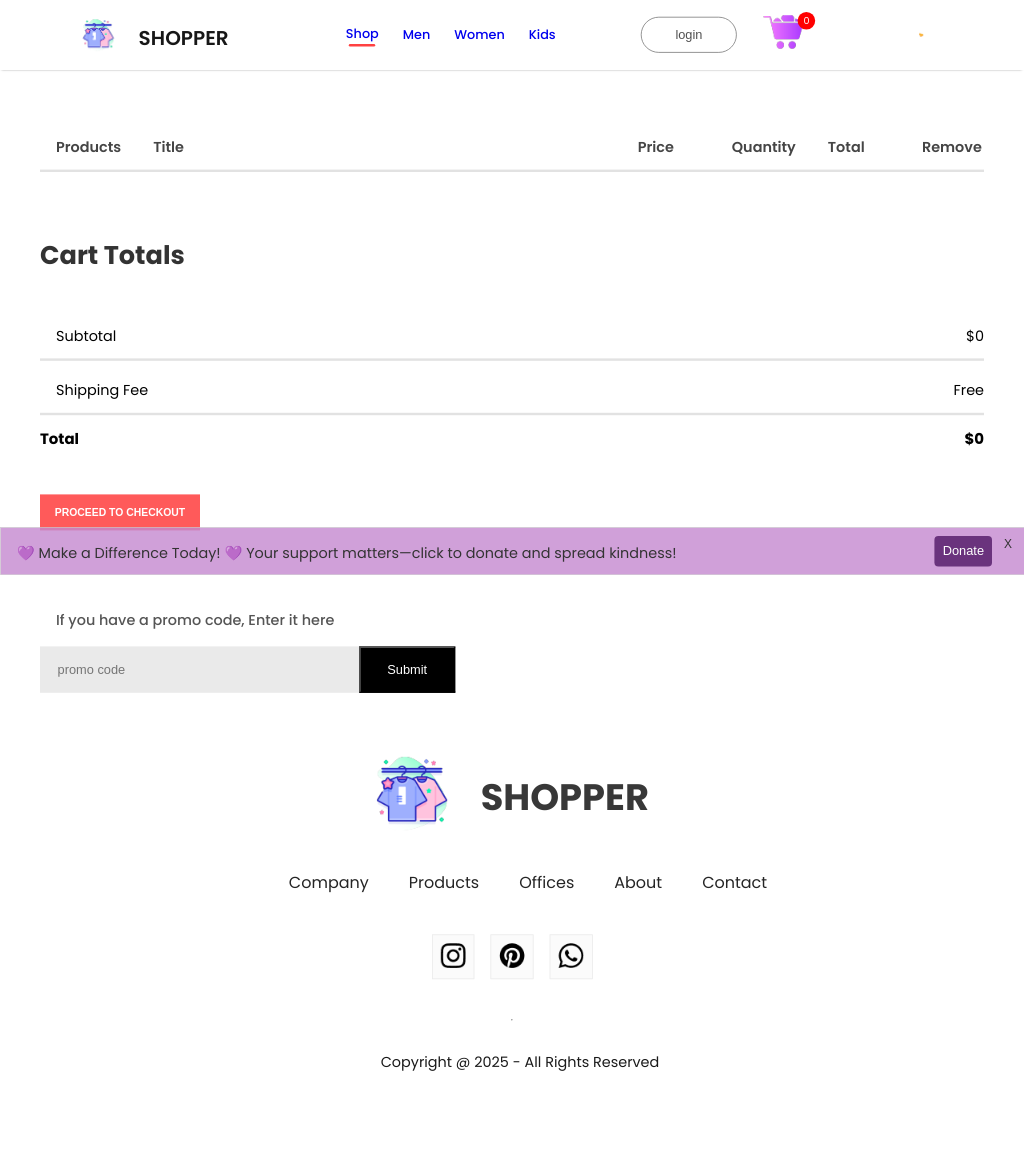
Repository: PayalJakhar/Shoppers-E-commerce-Website
Page: /cart (app in frontend/)
The author's editor kept a copy of each file at every save. The page is drawn from the files as they stood at one save, then again after the next save.
The browser window is 1280 px wide. The pictures show the whole page, at 80% of full size.
The page's requests for data from a server got no answer. The project was rebuilt for these pictures with package versions that can differ from the ones it lists, and the page was loaded fresh each time. No one was signed in, and anything a server would have sent is missing. Also part of the build but not shown: frontend/src/App.css, frontend/src/Components/Hero/Hero.css, frontend/src/Components/Hero/Hero.jsx, frontend/src/Components/Popular/Popular.css, frontend/src/Components/Item/Item.css, frontend/src/Components/Item/Item.jsx, frontend/src/Components/Popular/Popular.jsx, frontend/src/Components/Offers/Offers.css and 21 more.

Above is the page before, as saved 2025-02-07 19:24:58.

### frontend/src/index.css
*{
  margin:0;
}
body {
  margin: 0;
  font-family: -apple-system, BlinkMacSystemFont, 'Segoe UI', 'Roboto', 'Oxygen',
    'Ubuntu', 'Cantarell', 'Fira Sans', 'Droid Sans', 'Helvetica Neue',
    sans-serif;
  -webkit-font-smoothing: antialiased;
  -moz-osx-font-smoothing: grayscale;
  font-family:'poppins';
}

code {
  font-family: source-code-pro, Menlo, Monaco, Consolas, 'Courier New',
    monospace;
}

### frontend/src/Components/Navbar/Navbar.jsx
import React, { useContext, useState, useRef } from 'react';
import { Link } from 'react-router-dom';
import './Navbar.css';
import logo from '../Assets/Frontend_Assets/logo.png';
import cart_icon from '../Assets/Frontend_Assets/cart_icon.png';
import coin_icon from '../Assets/Frontend_Assets/coin_icon.png';
import { ShopContext } from '../../Context/ShopContext';
import nav_dropdown from '../Assets/Frontend_Assets/nav_dropdown.png'

export default function Navbar() {
    const [menu, setMenu] = useState('shop');
    const {getTotalCartItems} = useContext(ShopContext);
    const menuRef = useRef();

    const dropdown_toggle = (e) =>{
        menuRef.current.classList.toggle('nav-menu-visible');
        e.target.classList.toggle('open');
    }


    return (
        <div className="navbar">
            <div className="nav-logo">
                <img src={logo} alt="" />
                <p> SHOPPER</p>
            </div>
            <img  className='nav-dropdown' onClick={dropdown_toggle} src={nav_dropdown} alt=""/>
            <ul ref={menuRef} className="nav-menu">
                <li onClick={() => { setMenu('shop') }}><Link style={{textDecoration:'none'}} to='/'>Shop</Link>{menu === 'shop' ? <hr /> : <></>}</li>
                <li onClick={() => { setMenu('mens') }}><Link style={{textDecoration:'none'}} to='/mens'>Men</Link>{menu === 'mens' ? <hr /> : <></>}</li>
                <li onClick={() => { setMenu('women') }}><Link style={{textDecoration:'none'}} to='/women'>Women</Link>{menu === 'women' ? <hr /> : <></>}</li>
                <li onClick={() => { setMenu('kids') }}><Link style={{textDecoration:'none'}} to='/kids'>Kids</Link>{menu === 'kids' ? <hr /> : <></>}</li>
            </ul>
            <div className="nav-login-cart">
                {localStorage.getItem('auth-token')?<button onClick={()=>{localStorage.removeItem('auth-token');window.location.replace('/')}}>Logout</button>:<Link style={{textDecoration:'none'}} to='/login'><button>login</button></Link>}
                <Link style={{textDecoration:'none'}} to='/cart'><img src={cart_icon} alt="" /></Link>
                <div className="nav-cart-count">{getTotalCartItems()}</div>
            </div>
            <div className="nav-login-coin">
            <img src={coin_icon} alt="" />
            </div>
        </div>
    )
}

### frontend/src/Pages/Cart.jsx
import React from 'react'
import CartItems from '../Components/CartItems/CartItems'

export default function Cart() {
  return (
    <div>
      <CartItems/>
    </div>
  )
}

### frontend/src/Components/Footer/Footer.jsx
import React from 'react'
import './Footer.css'
import footer_logo from '../Assets/Frontend_Assets/logo_big.png'
import instagram_icon from '../Assets/Frontend_Assets/instagram_icon.png'
import pintester_icon from '../Assets/Frontend_Assets/pintester_icon.png'
import whatsapp_icon from '../Assets/Frontend_Assets/whatsapp_icon.png'
export default function Footer() {
  return (
    <div className='footer'>
        <div className="footer-logo">
            <img src={footer_logo} alt=""/>
            <p>SHOPPER</p>
        </div>
        <ul className="footer-links">
            <li>Company</li>
            <li>Products</li>
            <li>Offices</li>
            <li>About</li>
            <li>Contact</li>
        </ul>
        <div className="footer-social-icon">
            <div className="footer-icons-container">
                <img src={instagram_icon} alt=""/>
            </div>
            <div className="footer-icons-container">
                <img src={pintester_icon} alt=""/>
            </div>
            <div className="footer-icons-container">
                <img src={whatsapp_icon} alt=""/>
            </div>
        </div>
        <div className="footer-copyright">
            <hr/>
            <p>Copyright @ 2025 - All Rights Reserved</p>
        </div>
    </div>
  )
}

### frontend/src/Components/Donate/Donate.jsx
import React, { useState } from 'react';
import { Link } from 'react-router-dom';
import './Donate.css';

const Donate = () => {
  const [value, setValue] = useState('flex');
  const [isOpen, setIsOpen] = useState(false);

  const openModal = () => {
    setIsOpen(true);
    setValue('none');
  };

  const closeModal = () => {
    setIsOpen(false);
    setValue('flex');
  };

  return (
    <>
      <div className='donates' style={{ display: value }}>
        <p>💜 Make a Difference Today! 💜 Your support matters—click to donate and spread kindness!</p>
        <div className='donate-ins'>
          <button className='paras' onClick={openModal}>Donate</button>
          <button className='texts' onClick={() => setValue('none')}>X</button>
        </div>
      </div>
      {isOpen && (
        <div className="modals">
          <div className="modal-contents">
            <span className="closes" onClick={closeModal}>&times;</span>
            <h2>🌼 Donate & Earn Rewards! 🌼</h2>
            <ul>
              <li>✔ Support a Cause: Your donations go directly to trusted NGOs, making a real impact</li>
              <li>✔ Minimum 5 Items: Donate at least 5 clothes to contribute</li>
              <li>✔ Earn Rewards: Get 100 points per donation—stack up to 500 points to unlock exclusive discounts & coupons!</li>
              <li>✔ Quality Matters: Clothes should have no more than 20% damage—let's keep it wearable for those in need!</li>
              💙 Give. Earn. Save. Start donating today!
            </ul>
            <button className="donate-buttons" onClick={()=>{setValue('none');setIsOpen(false)}}>
              <Link style={{ textDecoration: 'none', color:'white'}} to='/donation'>Donate Now</Link>
            </button>
          </div>
        </div>
      )}
    </>
  );
}

export default Donate;

### frontend/src/Components/Navbar/Navbar.css
.navbar{
    display:flex;
    justify-content:space-around;
    padding:16px;
    box-shadow:0 1px 3px -2px black;
    align-items: center;
}

.nav-logo{
    display:flex;
    align-items:center;
    gap:10px;
}

.nav-logo p{
    color: #171717;
    font-size: 38px;
    font-weight:600;
}

.nav-menu{
    display:flex;
    align-items:center;
    list-style:none;
    gap:50px;
    color: #626262;
    font-size:20px;
    font-weight: 500;
}

.nav-menu li{
    display:flex;
    flex-direction:column;
    align-items:center;
    justify-content:center;
    cursor:pointer;
}

.nav-menu hr{
    border:none;
    width:80%;
    height:3px;
    border-radius:10px;
    background: #FF4141;
}

.nav-login-cart{
    display:flex;
    align-items:center;
    gap:45px;
}

.nav-login-cart button{
    width:157px;
    height:58px;
    outline:none;
    border:1px solid #7a7a7a;
    border-radius:75px;
    color:#515151;
    font-size:20px;
    font-weight:500;
    background:white;
    cursor:pointer;
}

.nav-login-cart button:hover{
    background:#f3f3f3;
}

.nav-cart-count{
    width:22px;
    height:22px;
    display:flex;
    justify-content:center;
    align-items:center;
    margin-top:-35px;
    margin-left:-55px;
    border-radius:11px;
    font-size:14px;
    background:red;
    color:white;
}

.nav-dropdown{
    display: none;
}
.nav-login-coin{
    transform: scale(0.1);
}
/* here we are making it responsive for max-width: 1280px */

@media(max-width: 1280px){
    .navbar{
        padding: 12px 50px;
    }

    .nav-logo img{
        width: 40px;
    }
    .nav-logo p{
        font-size: 25px;
    }
    .nav-menu{
        gap: 30px;
        font-size: 16px;
    }
    .nav-login-cart{
        gap: 30px;
    }
    .nav-login-cart button{
        width: 120px;
        height: 45px;
        font-size: 16px;
    }
    .nav-cart-count{
        margin-left: -40px;
        font-size: 12px;
    }
}

@media(max-width: 1024px){
    .navbar{
        padding: 12px 30px;
    }

    .nav-menu{
        gap: 25px;
        font-size: 14px;
    }
    .nav-login-cart button{
        width: 80px;
        height: 35px;
        font-size: 14px;
    }
    .nav-cart-count{
        width: 18px;
        height: 18px;
    }
    .nav-login-cart img{
        width: 30px;
    }
}

@media(max-width: 800px){
    .navbar{
        padding: 10px 0px;
    }

    .nav-dropdown{
        display: block;
        width: 30px;
        rotate: -90deg;
        transition: 0.5s;
    }
    .nav-menu{
        display: none;
        height: 80px;
        width: 100%;
        position: absolute;
        background-color: white;
        justify-content: center;
        top: 50px;
    }
    .nav-menu-visible{
        display: flex;
    }
    .nav-dropdown.open{
        transform: rotate(90deg);
    }
}


@media(max-width: 500px){
    .navbar{
        padding: 8px 0px;
        gap: 0;
    }

    .nav-logo{
       transform: scale(0.8);
    }
    .nav-menu{
        height: 70px;
        top: 50px;
        display: none;
    }
    .nav-login-cart{
        transform: scale(0.8);
    }
    .nav-menu-visible{
        display: flex;
    }
    .nav-dropdown.open{
        transform: rotate(90deg);
    }
}

### frontend/src/Components/CartItems/CartItems.jsx
import React, { useContext } from 'react';
import './CartItems.css';
import { ShopContext } from '../../Context/ShopContext';
import remove_icon from '../Assets/Frontend_Assets/cart_cross_icon.png';

const CartItems = () => {
    const { getTotalCartAmount, all_product, cartItems, removeFromCart } = useContext(ShopContext);
    return (
        <div className='cartitems'>
            <div className="cartitems-format-main">
                <p>Products</p>
                <p>Title</p>
                <p>Price</p>
                <p>Quantity</p>
                <p>Total</p>
                <p>Remove</p>
            </div>
            <hr />
            {all_product.map((e) => {
                if (cartItems[e.id] > 0) {
                    return (
                        <div key={e.id}>
                            <div className="cartiitems-format cartitems-format-main">
                                <img src={e.image} alt="" className='carticon-product-icon' />
                                <p>{e.name}</p>
                                <p>${e.new_price}</p>
                                <button className='cartitems-quantity'>{cartItems[e.id]}</button>
                                <p>${e.new_price * cartItems[e.id]}</p>
                                <img
                                    className='cartitems-remove-icon' src={remove_icon} onClick={() => { removeFromCart(e.id) }} alt="" />
                            </div>
                            <hr />
                        </div>
                    );
                }
                return null;
            })}
            <div className="cartitems-down">
                <div className="cartitems-total">
                    <h1>Cart Totals</h1>
                    <div>
                        <div className="cartitems-total-item">
                            <p>Subtotal</p>
                            <p>${getTotalCartAmount()}</p>
                        </div>
                        <hr />
                        <div className="cartitems-total-item">
                            <p>Shipping Fee</p>
                            <p>Free</p>
                        </div>
                        <hr />
                        <div className="cartitems-total-item">
                            <h3>Total</h3>
                            <h3>${getTotalCartAmount()}</h3>
                        </div>
                    </div>
                    <button>PROCEED TO CHECKOUT</button>
                </div>
                <div className="cartitems-promocode">
                    <p>If you have a promo code, Enter it here</p>
                    <div className="cartitems-promobox">
                        <input type="text" placeholder='promo code' />
                        <button>Submit</button>
                    </div>
                </div>
            </div>
        </div>
    );
}

export default CartItems;

### frontend/src/Components/Footer/Footer.css
.footer{
    display: flex;
    flex-direction: column;
    justify-content: center;
    align-items: center;
    gap: 50px;
    margin-bottom:80px;
}

.footer-logo{
    display: flex;
    align-items: center;
    gap: 20px;
}

.footer-logo p{
    color: #383838;
    font-size: 46px;
    font-weight: 700;

}

.footer-links{
    display: flex;
    list-style: none;
    gap: 50px;
    color: #252525;
    font-size: 20px;
}

.footer-links li{
    cursor: pointer;
}

.footer-social-icon{
    display: flex;
    gap: 20px;
}

.footer-icons-container{
    padding: 10px;
    padding-bottom:6px;
    background: #fbfbfb;
    border: 1px solid #ebebeb;
}

.footer-copyright{
    display: flex;
    flex-direction: column;
    align-items: center;
    gap: 30px;
    width: 100%;
    margin-bottom: 30px;
    color: #1a1a1a;
    font-size: 20px;
}

.footer-copyright r{
    width: 80%;
    border: none;
    border-radius: 10px;
    height: 3px;
    background: #c7c7c7;
}

@media(max-width: 800px){
    .footer{
        gap: 20px;
    }
    .footer-lgo{
        gap: 10px;
        align-items: end;
    }
    .footer-logo img{
        width: 40px;
    }
    .footer-logo p{
        font-size: 25px;
    }
    .footer-links{
        font-size: 14px;
        gap: 10px;
    }
    .footer-social-icon img{
        width: 22px;
    }
    .footer-copyright{
        font-size: 13px;
    }
}

### frontend/src/Components/Donate/Donate.css
.donates {
    position: fixed;
    bottom:1px;
    display:flex;
    justify-content:space-between;
    width: 100%;
    background-color: rgb(197, 137, 208);
    padding: 10px 0px 10px 0px;
    border: 1px solid #ccc;
    z-index: 1000;
    opacity:0.8;
    animation: slideInUp 0.9s ease-out forwards;
}

.donate-ins{
    position:relative;
    margin-right:40px;
    display:flex;
    gap:30px;
}

p{
    padding-top:8px;
    margin-left:20px;
    weight:300;
    font-size:18px;
}

.paras {
    padding: 10px;
    margin-right:1px;
    font-size: 16px;
    border: none;
    background-color: #45015d;
    color: white;
    cursor: pointer;
    border-radius: 5px;
}

.texts{
    background-color:transparent;
    border:none;
    position: absolute;
    top: 0;
    right: -30px;
    font-size:15px;
    font-weight:500;
}

.paras:hover{
background-color: #00060a;
}

.texts:hover{
    color:white;
}

.modals {
    display: flex;
    justify-content: center;
    align-items: center;
    position: fixed;
    z-index: 1;
    left: 0;
    right:0;
    bottom:0;
    top: 0;
    width: 100%;
    height: 100%;
    background-color: rgba(0,0,0,0.5);
}

.modal-contents {
    background-color: #fefefe;
    margin: 15% auto;
    padding: 20px;
    border: 1px solid #888;
    width: 80%;
    border-radius: 10px;
    text-align: center;
    box-shadow: 0 4px 8px rgba(0,0,0,0.2);
}

.closes {
    color: #aaa;
    float: right;
    font-size: 28px;
    font-weight: bold;
}

.closes:hover,
.closes:focus {
    color: black;
    text-decoration: none;
    cursor: pointer;
}

.donate-buttons {
    background-color: #802ea5;
    color: white;
    padding: 10px 20px;
    text-align: center;
    text-decoration: none;
    display: inline-block;
    font-size: 16px;
    margin: 15px 2px 0px 2px;
    cursor: pointer;
    border-radius: 5px;
    transition: background-color 0.3s;
    border:none;
}

.donate-buttons:hover {
    background-color: #170122;

}

.open-modal-buttons {
    background-color: #ffebcd;
    color: #333;
    padding: 10px 15px;
    border: none;
    border-radius: 5px;
    cursor: pointer;
    font-size: 16px;
    margin: 20px;
    transition: background-color 0.3s;
}

.modal-contents ul {
    list-style: none;
    padding: 0;
    margin: 0;
}

.modal-contents li {
    display: flex;
    align-items: center;
    gap: 8px;
    padding: 8px 0;
    font-size: 16px;
}


.open-modal-buttons:hover {
    background-color: #f0e68c;
}


@keyframes slideInUp {
    0% {
      transform: translateY(100%);
      opacity: 0;
    }
    100% {
      transform: translateY(0);
      opacity: 0.8;
    }
  }


  @media(max-width:500px){
    .donate{
        height:50px;
        gap:2px;
    }
    p{
        font-size: 10px;
    }
    .para{
        font-size: 13px;
    }
    .text{
        font-size:12px;
    }
}

### frontend/src/Components/CartItems/CartItems.css
.cartitems{
    margin: 100px 70px;
}
.cartitems hr{
    height: 3px;
    background: #e2e2e2;
    border: 0;
}
.cartitems-format-main{
    display: grid;
    grid-template-columns: 0.5fr 2fr 1fr 1fr 1fr 1fr;
    align-items: center;
    gap: 75px;
    padding: 20px 0px;
    color: #454545;
    font-size: 18px;
    font-weight: 600;

}
.cartiitems-format{
    font-size: 17px;
    font-weight: 500;
}
.carticon-product-icon{
    height: 62px;
}
.cartitems-remove-icon{
    width: 15px;
    margin: 0px 40px;
    cursor: pointer;
}
.cartitems-quantity{
    width: 64px;
    height: 50px;
    border: 2px solid #ebebeb;
    background: #fff;
}
.cartitems-down{
    display: flex;
    margin: 100px 0px;
}
.cartitems-total{
    flex: 1;
    display: flex;
    flex-direction: column;
    margin-right: 200px;
    gap: 40px;

}
.cartitems-total-item{
    display: flex;
    justify-content: space-between;
    padding: 15px 0px;
}
.cartitems-total button{
    width: 262px;
    height: 58px;
    outline: none;
    border: none;
    background: #ff5a5a;
    color:white;
    font-size: 16px;
    font-weight: 600;
    cursor: pointer;
}
.cartitems-promocode{
    flex:1;
    display: flex;
    flex-direction: column;
    font-weight: 500;

}
.cartitems-promocode p{
    color:#555;
    margin-top: 10px;
}
.cartitems-promobox{
    width: 504px;
    margin-top: 20px;
    padding-left: 20px;
    height: 58px;
    background: #eaeaea;
}
.cartitems-promobox input{
    border: none;
    outline: none;
    background: transparent;
    font-size: 16px;
    width: 330px;
    height: 50px;
}
.cartitems-promobox button{
    width: 170px;
    height: 58px;
    font-size: 16px;
    background: black;
    color: white;
    cursor: pointer;
}

@media(max-width:1280px){
    .cartitems{
        margin: 60px 50px;
    }

    .cartitems-format-main{
        grid-template-columns: 0.5fr 3fr 0.5fr 0.5fr 0.5fr 0.5fr;
        gap: 20px;
        padding: 15px 0px;
        font-size: 15px;
    }

    .carticon-product-icon{
        height: 50px;
    }

    .cartitems-remove-icon{
        margin: auto;
    }

    .cartitems-quantity{
        width: 40px;
        height: 30px;
    }

    .cartitems-down{

        margin: 80px 0px;

        flex-direction: column;

        gap: 80px;
    }

        .cartitems-total {

        margin: 0px;

        }

        .cartitems-total button{
        max-width: 200px;
        height: 45px;
        font-size: 13px;
        }
        .cartitems-promobox{
        width: auto;
        max-width: 500px;
        }

        .cartitems-promobox input{
            width: 100%;
        }

        .cartitems-promobox button{
            width: 120px;
            margin-left: -125px;
        }

}

@media (max-width:500px){

    .cartitems-format-main{
    display: none;
    grid-template-columns: 0.5fr 3fr 0.5fr;
        gap : 10px;
    }

    .cartitems-format{
    display: grid;
    }
}

Loaded but not shown: frontend/public/index.html (common file); frontend/src/reportWebVitals.js (common file); frontend/src/App.js (38 lines, source omitted); frontend/src/index.js (20 lines, source omitted); frontend/src/Components/Donation/Donation.css (243 lines, source omitted); frontend/src/Context/ShopContext.jsx (115 lines, source omitted)

After the next save:
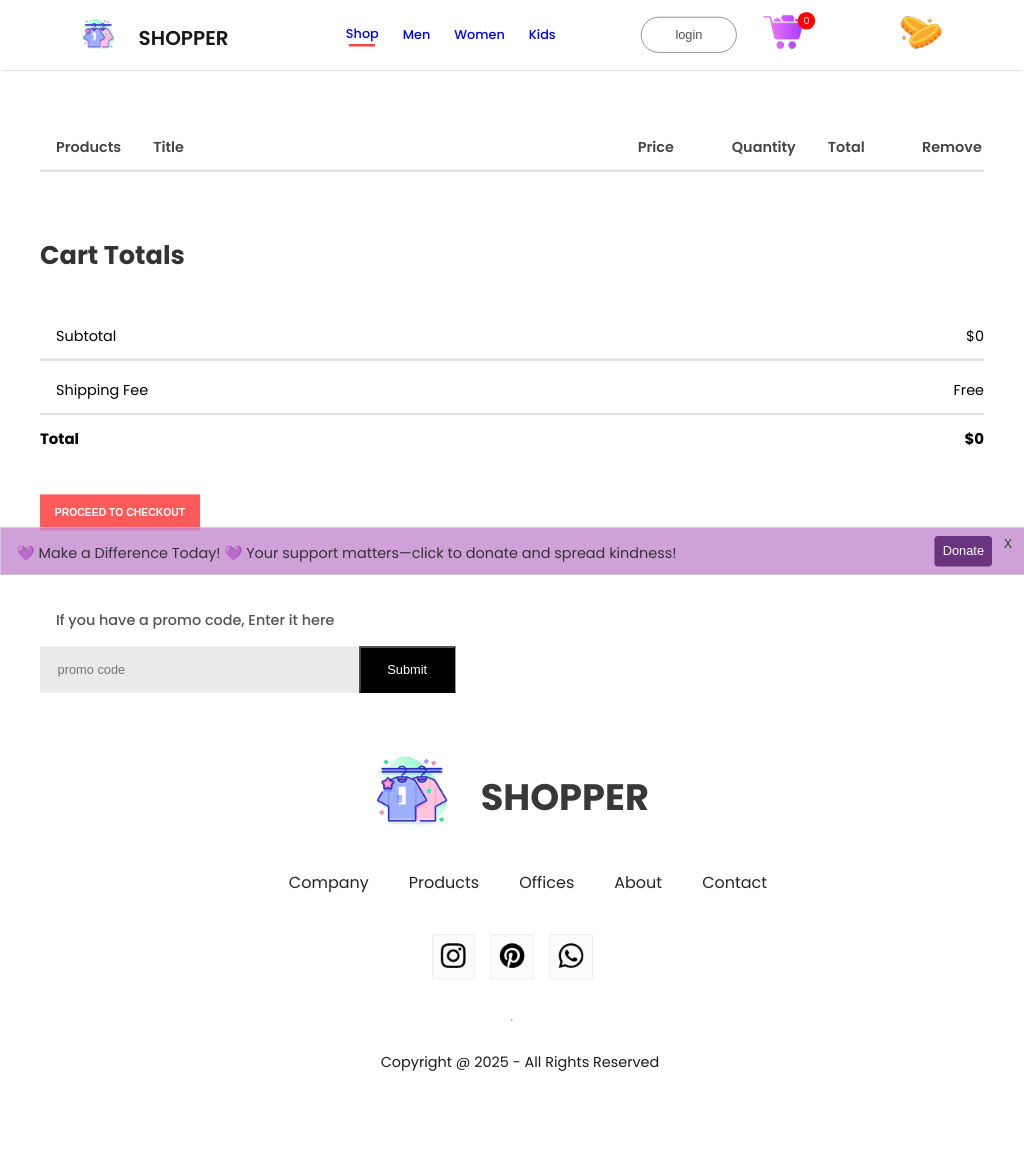
Saved 2 min 32 s later.
--- a/frontend/src/Components/Navbar/Navbar.css
+++ b/frontend/src/Components/Navbar/Navbar.css
@@ -85,7 +85,7 @@
     display: none;
 }
 .nav-login-coin{
-    transform: scale(0.1);
+    /* transform: scale(0.1); */
 }
 /* here we are making it responsive for max-width: 1280px */
 
